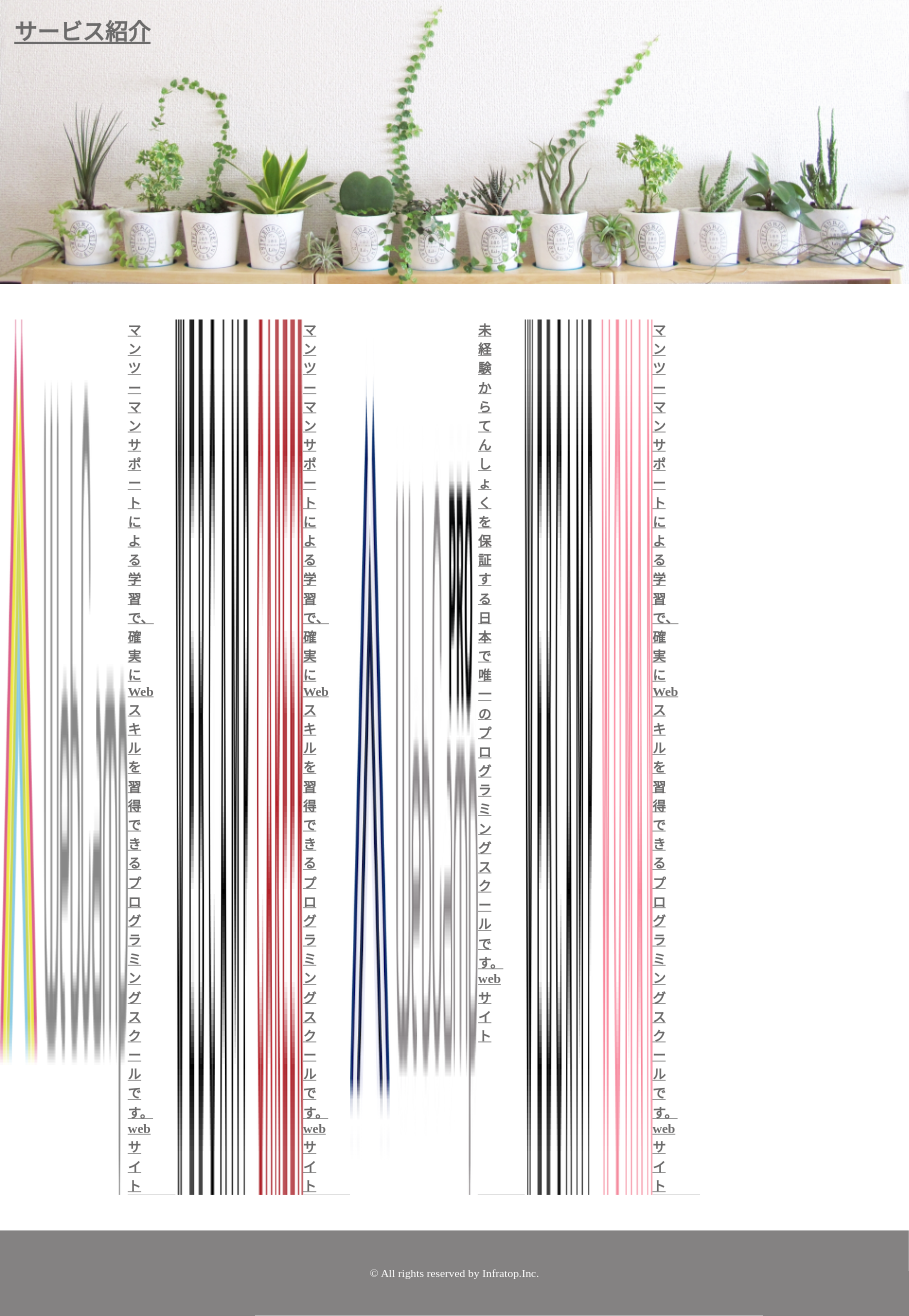
Repository: momopomi/htmlcss
Page: exercise/1-7.html
The author's editor kept a record of every edit. The page is drawn from the files as they stood at one moment, then again after the next edit.
The browser window is 1280 px wide. The pictures show the whole page, at 71% of full size.

Above is the page before.

After the next edit:
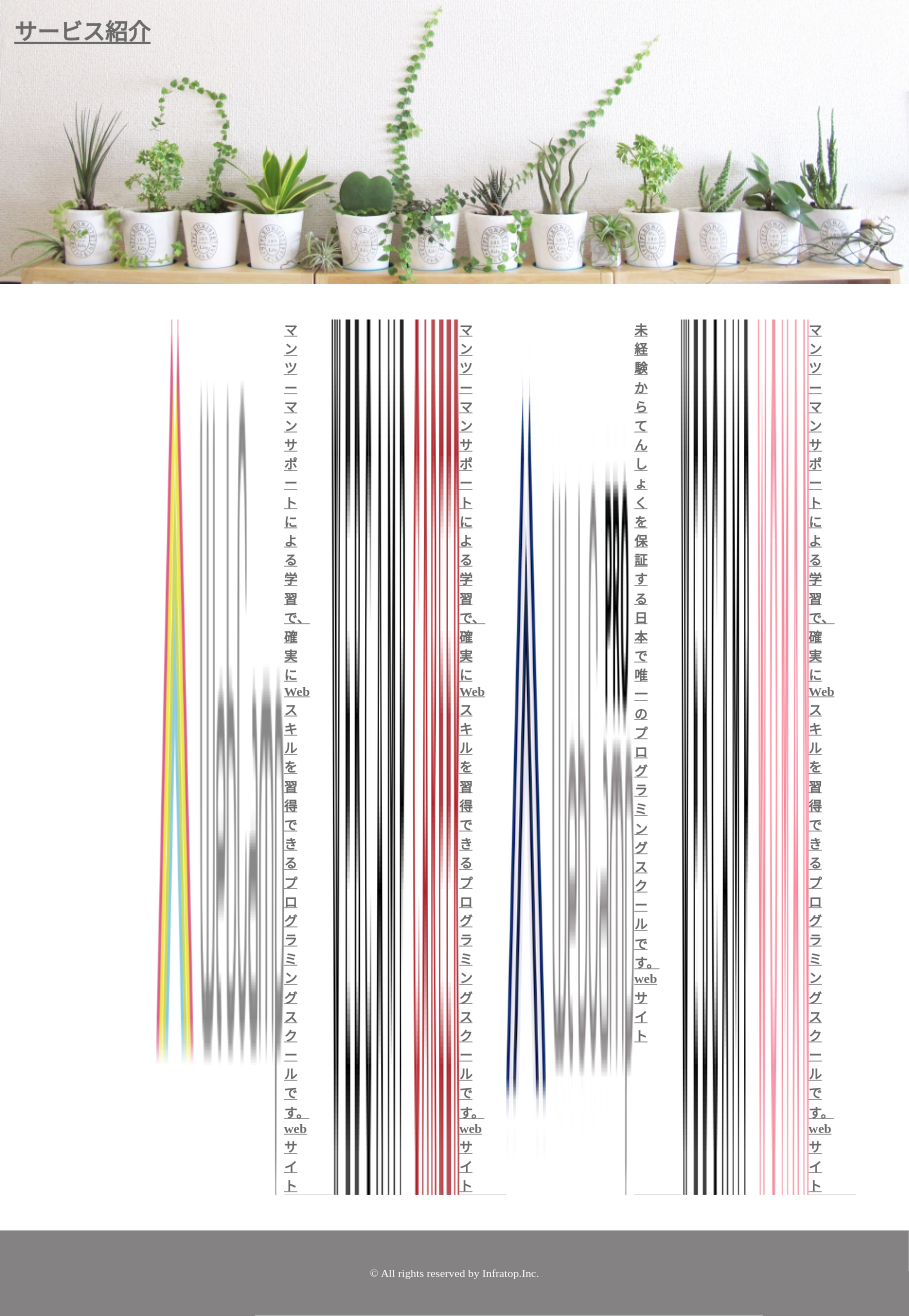
The edit:
--- a/exercise/1-7.css
+++ b/exercise/1-7.css
@@ -27,7 +27,8 @@
   width: 840px;
   padding:50px 0;
   display: flex;
-  justfy
+  justify: center;
+  margin: 0 auto;
 }
 
 .blog-image {
